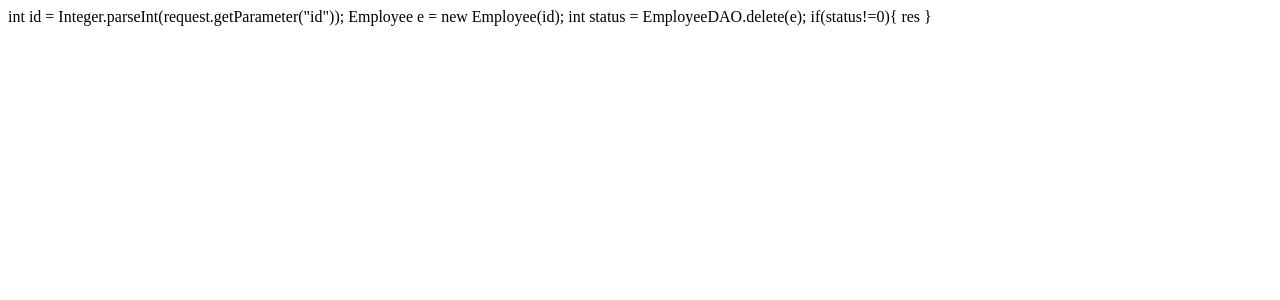
Repository: SaumyaGuptaTechnokrat/Employee_management
Page: http://localhost/Employee/delete.jsp
These files come from the project's save history. The page is drawn as it stood at one moment and after the next save; the edit follows.
The browser window is 1280 px wide. The pictures show the whole page.
The page is served by Tomcat 9. Other server files are loaded and not shown.

Above is the page before, as saved 2023-02-12 08:07:44.

### Employee/src/main/webapp/delete.jsp
<%@ page language="java" import="employee.Employee,employee.EmployeeDAO" contentType="text/html; charset=ISO-8859-1"
    pageEncoding="ISO-8859-1"%>
<!DOCTYPE html>
<html>
<head>
<meta charset="ISO-8859-1">
<title>Insert title here</title>
</head>
<body>
int id = Integer.parseInt(request.getParameter("id"));
Employee e = new Employee(id);
int status = EmployeeDAO.delete(e);
if(status!=0){
	res
}
</body>
</html>

After the next save:
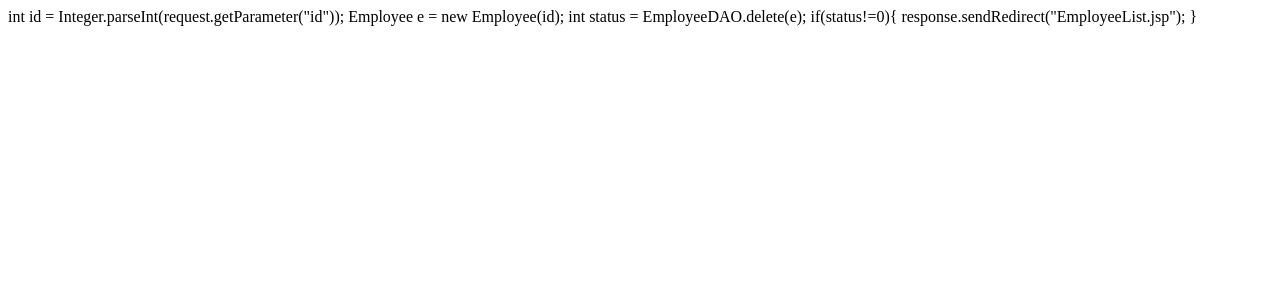
Saved 33 s later.
--- a/Employee/src/main/webapp/delete.jsp
+++ b/Employee/src/main/webapp/delete.jsp
@@ -11,7 +11,7 @@ int id = Integer.parseInt(request.getParameter("id"));
 Employee e = new Employee(id);
 int status = EmployeeDAO.delete(e);
 if(status!=0){
-	res
+	response.sendRedirect("EmployeeList.jsp");
 }
 </body>
 </html>
